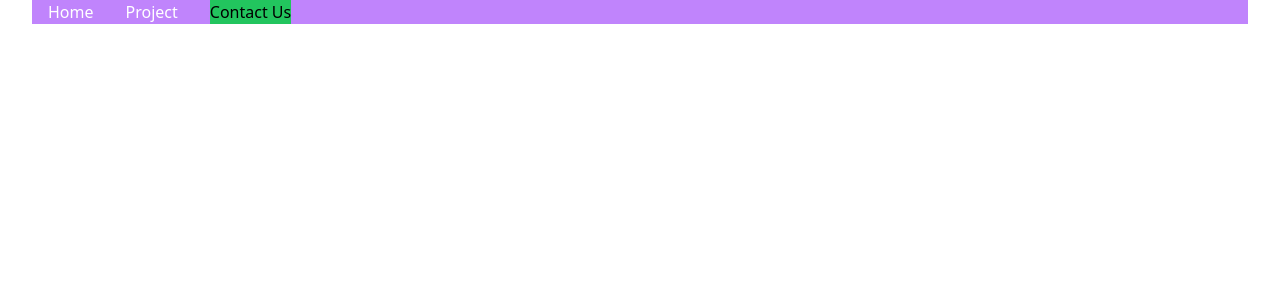
Repository: ashut6138/RozarpayClone
Page: Desktop/RozarpayClone/index.html
An editor plug-in stored every save of this project. The page is shown before and after a run of saves, followed by the edit.
The browser window is 1280 px wide. The pictures show the whole page.
Some web libraries are served in a nearby version.

Above is the page before, as saved 2025-01-21 23:13:25.

After the next 2 saves:
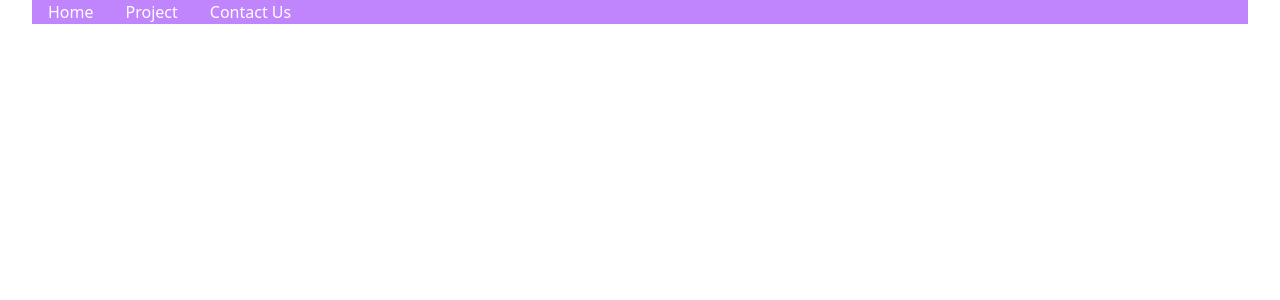
The 2 saves are shown as one change because they came seconds apart.
The last was saved 10 s later.
--- a/Desktop/RozarpayClone/index.html
+++ b/Desktop/RozarpayClone/index.html
@@ -12,7 +12,7 @@
         <ul class="mx-8 bg-purple-400 flex">
             <li class="mx-4 text-white">Home</li>
             <li class="mx-4 text-white">Project</li>
-            <li class="mx-4 bg-green-500">Contact Us</li>
+            <li class="mx-4 text-white">Contact Us</li>
         </ul>
     </nav>
 
